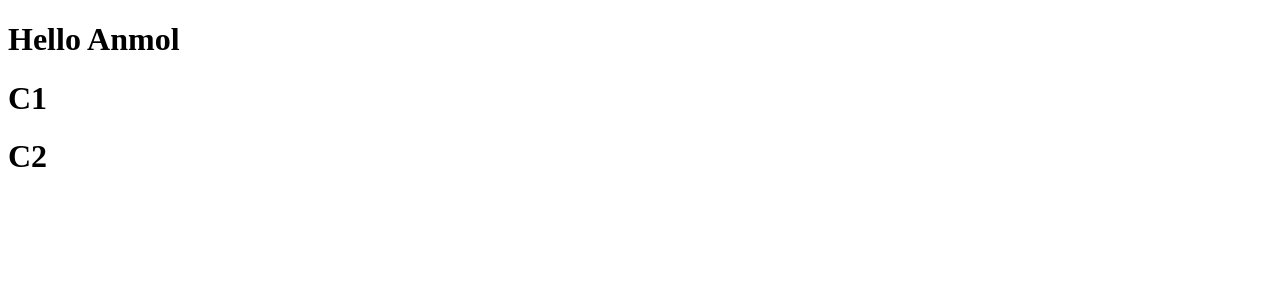
Repository: theanmol-raj/redux--
Page: /
These files come from the project's save history. The page is drawn as it stood at one moment and after the next save; the edit follows.
The browser window is 1280 px wide. The pictures show the whole page.
The project was rebuilt for these pictures with package versions that can differ from the ones it lists, and the page was loaded fresh each time. Also part of the build but not shown: src/index.css.

Above is the page before, as saved 2023-01-09 21:16:16.

After the next save:
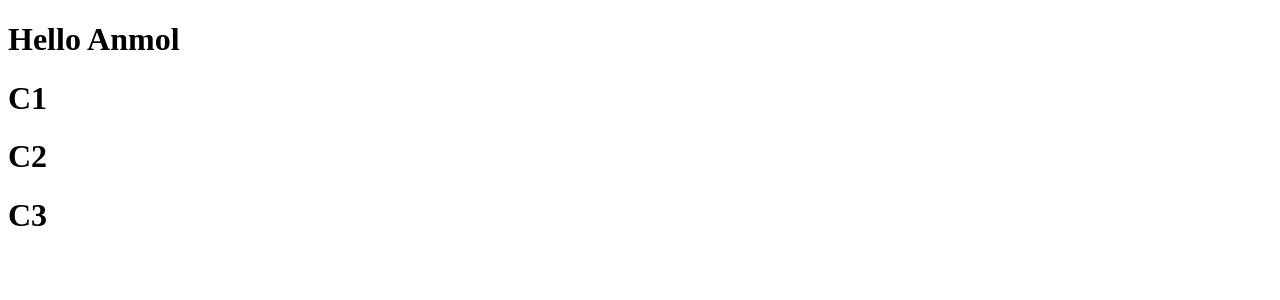
Saved 6 s later.
--- a/src/App.js
+++ b/src/App.js
@@ -10,6 +10,7 @@ function C1(){
 function C2(){
   return <div>
       <h1>C2</h1>
+      <C3 />
   </div>
 }
 function C3(){
